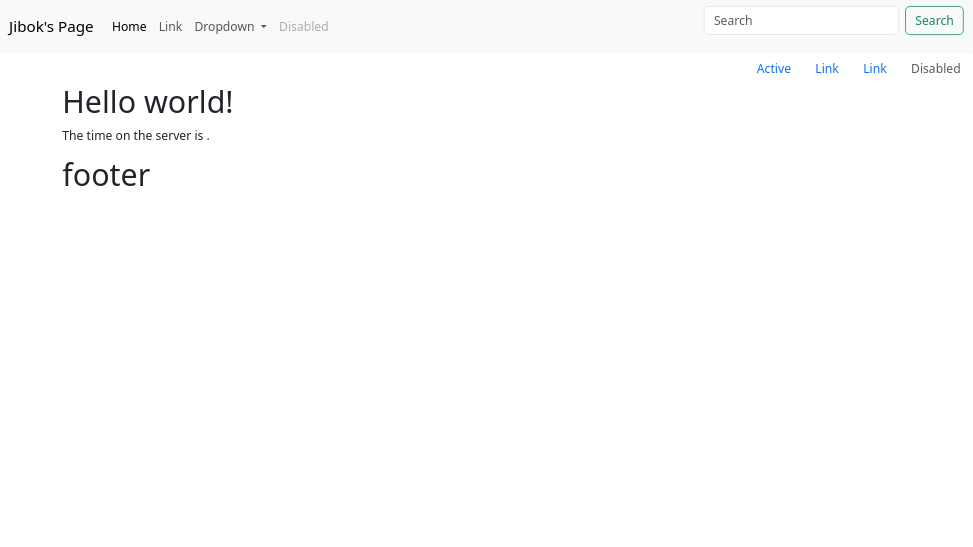
Repository: budflower44/Spring_project
Page: http://localhost/spring_seulmi/WEB-INF/views/index.jsp
These files come from the project's save history. The page is drawn as it stood at one moment and after the next save; the edit follows.
The browser window is 1280 px wide. The pictures show the whole page, at 76% of full size.
The page is served by Tomcat 9. Nobody is signed in. The template is opened directly, without the code that normally fills it, so the values that code supplies are empty.

Above is the page before, as saved 2024-01-17 05:02:02.

After the next save:
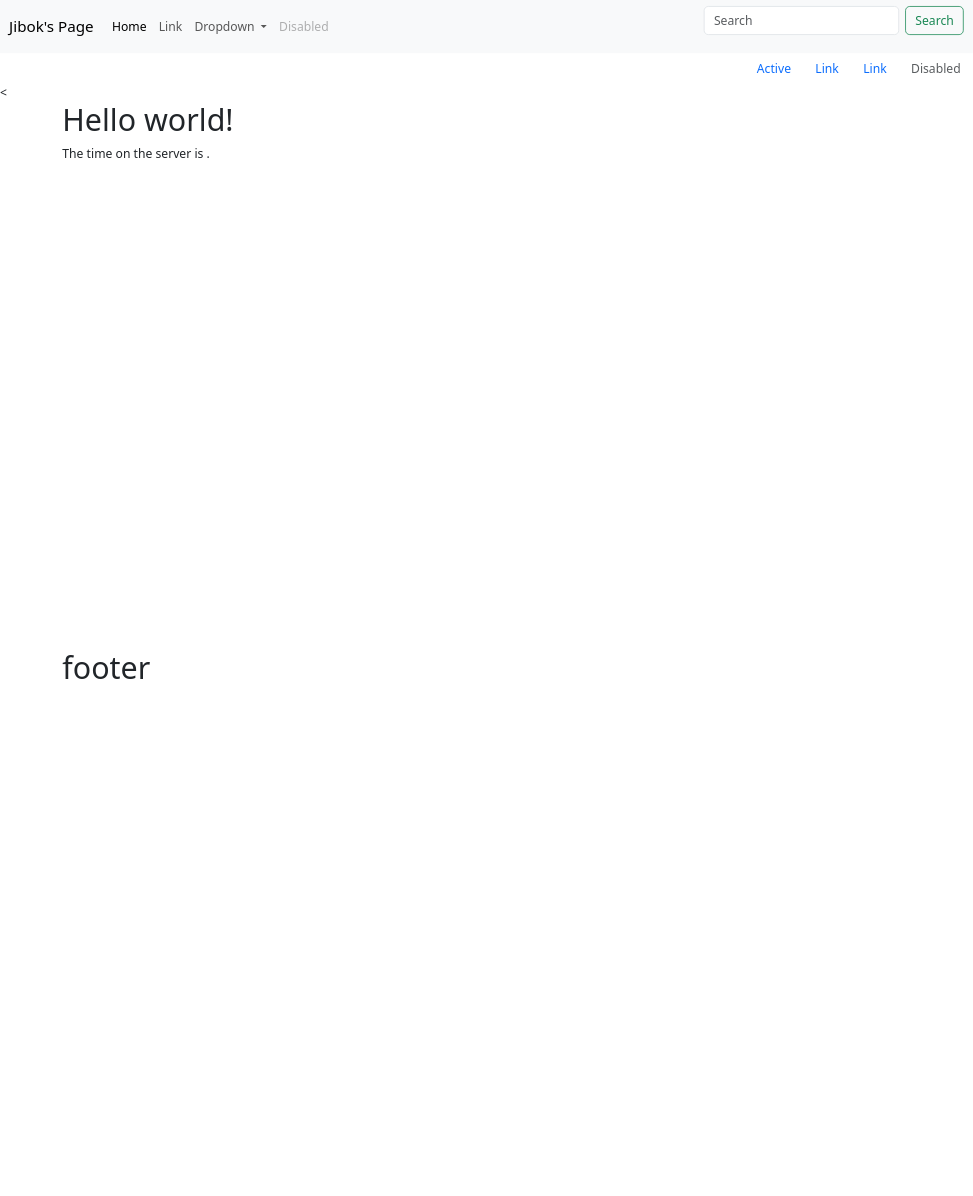
Saved 2 min 21 s later.
--- a/spring_seulmi/src/main/webapp/WEB-INF/views/index.jsp
+++ b/spring_seulmi/src/main/webapp/WEB-INF/views/index.jsp
@@ -1,6 +1,11 @@
 
 <jsp:include page="layout/header.jsp" />
 <jsp:include page="layout/Nav.jsp" />
+<<style>
+	.container{
+		height: 100vh;
+	}
+</style>
 
 <div class="container">
 
